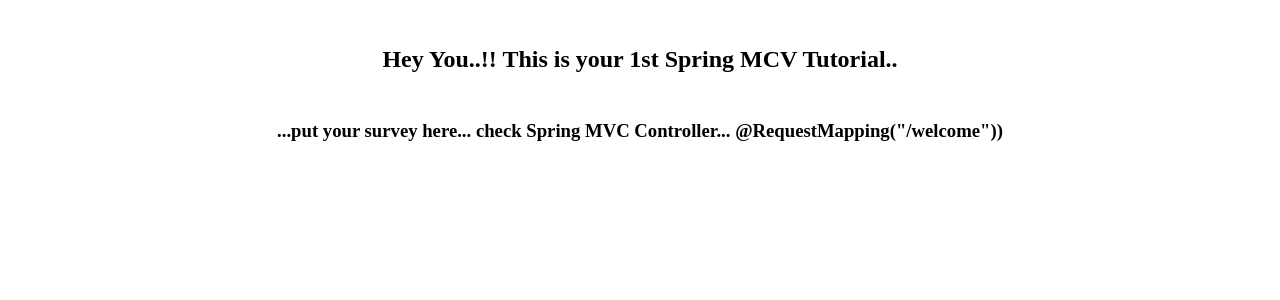
Repository: onlinechetan/WayOfBeing
Page: http://localhost/wayofbeing/
An editor plug-in stored every save of this project. The page is shown before and after the next save, followed by the edit.
The browser window is 1280 px wide. The pictures show the whole page.
The page is served by Tomcat 9. Other server files are loaded and not shown.

Above is the page before, as saved 2015-11-02 20:42:32.

### wayofbeing/WebContent/index.jsp
<html>
<head>
<title>Way of Being </title>
<style type="text/css">

</style>
</head>
<body>
	<br>
	<div style="text-align:center">
		<h2>
			Hey You..!! This is your 1st Spring MCV Tutorial..<br> <br>
		</h2>
		<h3>
			...put your survey here...
			check Spring MVC Controller... @RequestMapping("/welcome"))
		</h3>
	</div>
</body>
</html>

After the next save:
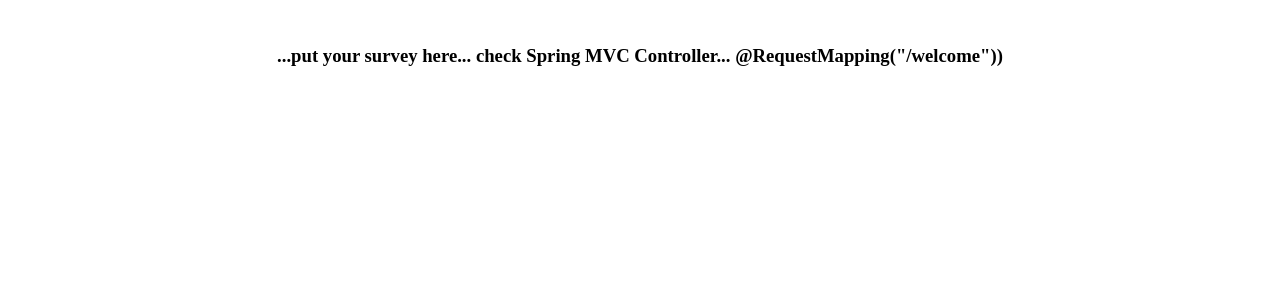
Saved 10 s later.
--- a/wayofbeing/WebContent/index.jsp
+++ b/wayofbeing/WebContent/index.jsp
@@ -8,9 +8,6 @@
 <body>
 	<br>
 	<div style="text-align:center">
-		<h2>
-			Hey You..!! This is your 1st Spring MCV Tutorial..<br> <br>
-		</h2>
 		<h3>
 			...put your survey here...
 			check Spring MVC Controller... @RequestMapping("/welcome"))
